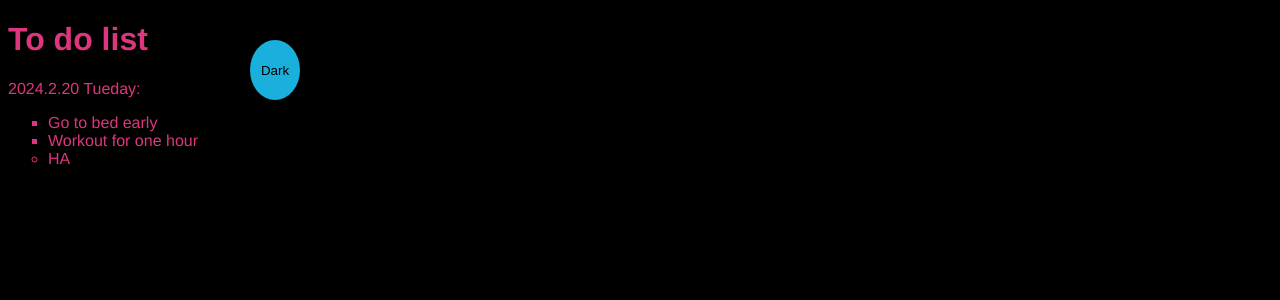
Repository: MaggieMengXingchen/Class-4
Page: index.html
The author's editor kept a copy of each file at every save. The page is drawn from the files as they stood at one save, then again after the next save.
The browser window is 1280 px wide. The pictures show the whole page.

Above is the page before, as saved 2024-02-20 15:23:49.

After the next save:
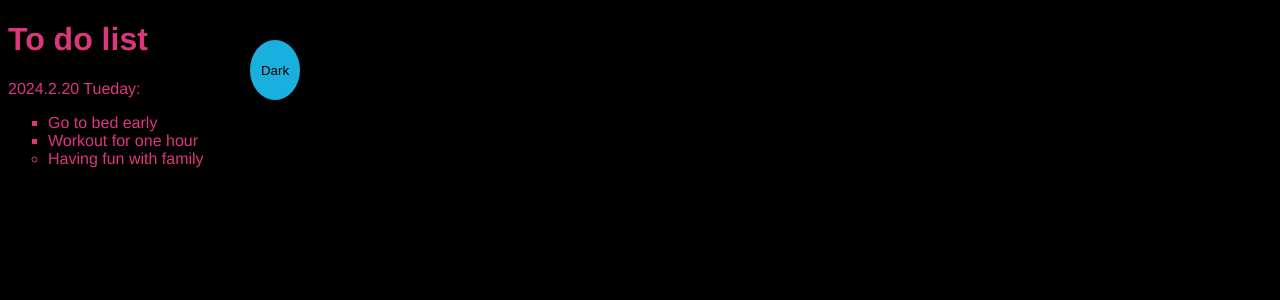
Saved 6 s later.
--- a/index.html
+++ b/index.html
@@ -13,7 +13,7 @@
     <ul> <!-- 定义一个无序列表 -->
         <li class="list">Go to bed early</li> <!-- 列表项，应用了class="list"的样式，显示为方形项目符号 -->
         <li class="list">Workout for one hour</li> <!-- 同上 -->
-        <li>HA</li> <!-- 无特殊样式的列表项，默认圆形项目符号 -->
+        <li>Having fun with family</li> <!-- 无特殊样式的列表项，默认圆形项目符号 -->
     </ul>
     <div>
         <button class="btn">Dark</button> <!-- 定义一个按钮，应用了.btn样式 -->
